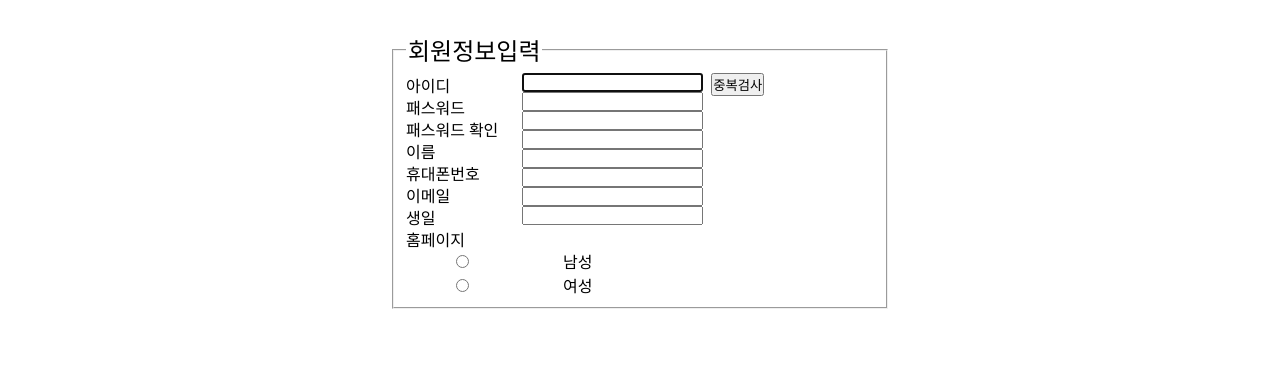
Repository: saysang22/servlet
Page: http://localhost/BookMarket/validationExample.jsp
An editor plug-in stored every save of this project. The page is shown before and after the next save, followed by the edit.
The browser window is 1280 px wide. The pictures show the whole page.
The page is served by Tomcat 10.

Above is the page before, as saved 2024-05-31 08:12:21.

After the next save:
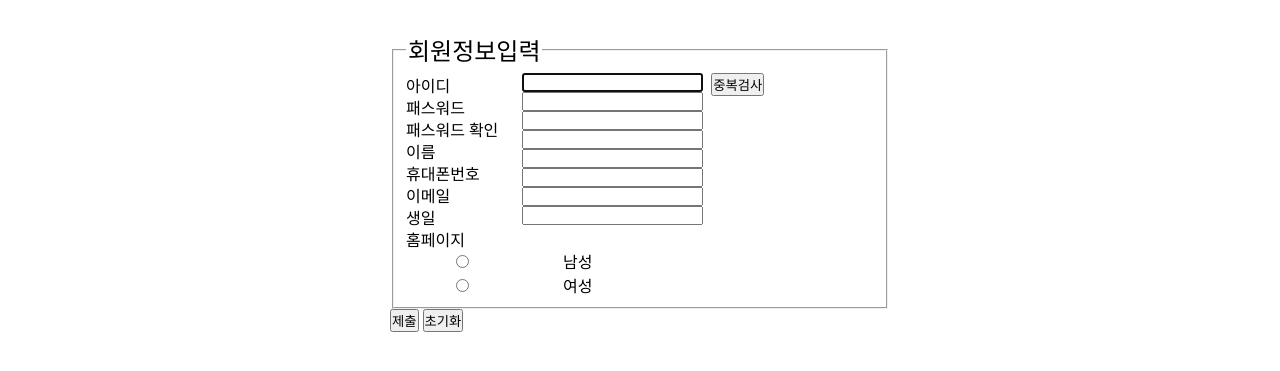
Saved 60 s later.
--- a/BookMarket/src/main/webapp/validationExample.jsp
+++ b/BookMarket/src/main/webapp/validationExample.jsp
@@ -49,6 +49,10 @@
 				</ul>
 			</div>
 		</fieldset>
+		<div class="buttonWrap">
+			<input type="button" value="제출">
+			<input type="reset" value="초기화">
+		</div>
 	</form>
 </body>
 </html>
